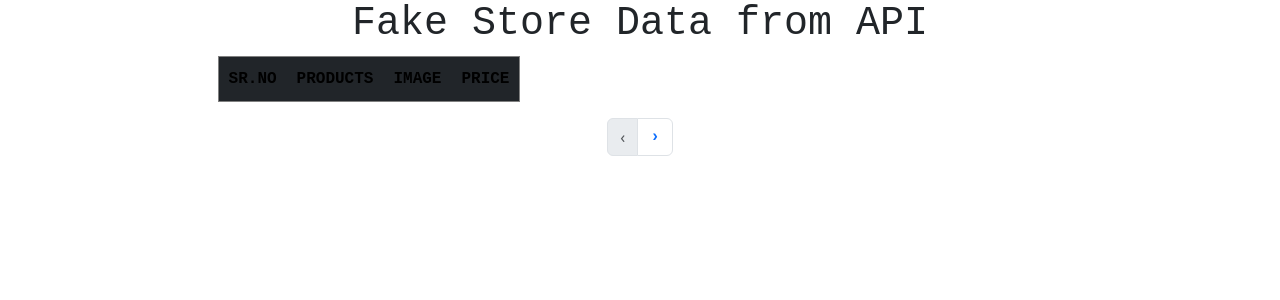
Repository: nisarg-patel612/Node_Integration_With_Frontend
Page: / (app in Frontend/FakeStore-API/)
The author's editor kept a copy of each file at every save. The page is drawn from the files as they stood at one save, then again after the next save.
The browser window is 1280 px wide. The pictures show the whole page.
The page's requests for data from a server got no answer. The project was rebuilt for these pictures with package versions that can differ from the ones it lists, and the page was loaded fresh each time. No one was signed in, and anything a server would have sent is missing. Also part of the build but not shown: Frontend/FakeStore-API/vite.config.js, Frontend/FakeStore-API/src/index.css.

Above is the page before, as saved 2025-04-30 11:18:40.

After the next save:
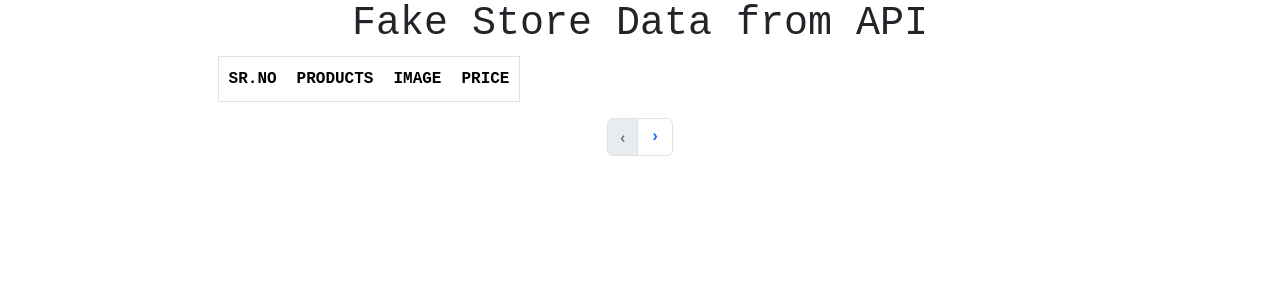
Saved 6 s later.
--- a/Frontend/FakeStore-API/src/Components/Fake_Store_API.jsx
+++ b/Frontend/FakeStore-API/src/Components/Fake_Store_API.jsx
@@ -22,7 +22,7 @@ const FakeStoreAPi = () => {
     return (
         <div className='fakestore-api-main'>
             <h1 style={{ textAlign: 'center' }}>Fake Store Data from API</h1>
-            <table className='bg-dark' border="1" cellPadding="10px" cellSpacing="2px">
+            <table className='border' border="1" cellPadding="10px" cellSpacing="2px">
                 <thead>
                     <tr>
                         <th>Sr.No</th>
